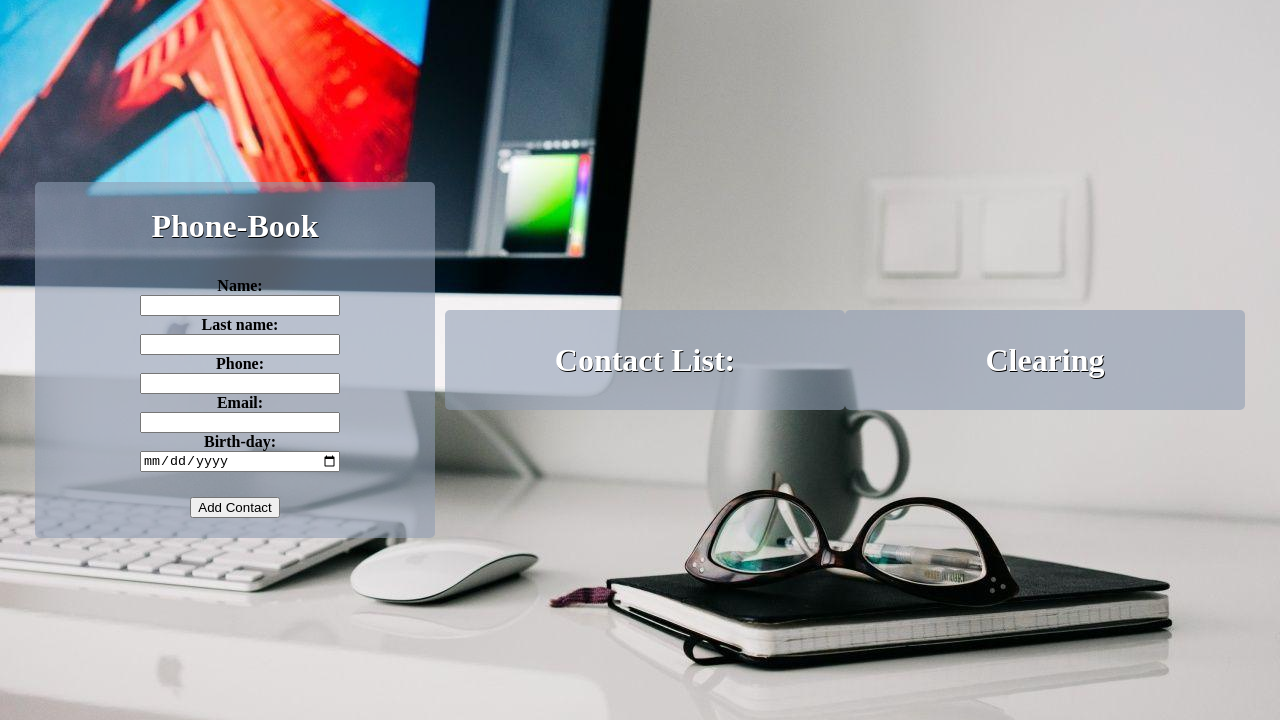
Repository: STA1357/Phone-book
Page: Inner.html
An editor plug-in stored every save of this project. The page is shown before and after the next save, followed by the edit.
The browser window is 1280 px wide. The pictures show the whole page.

Above is the page before, as saved 2020-12-11 11:09:05.

After the next save:
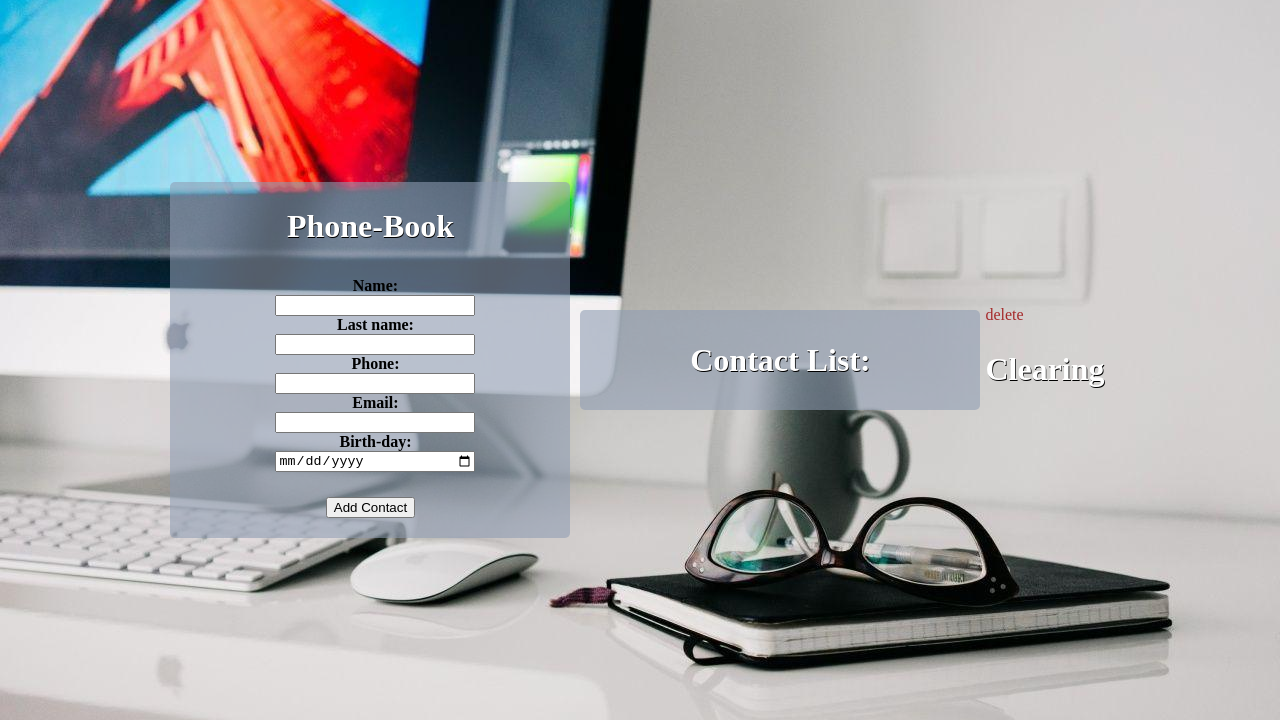
Saved 31 s later.
--- a/Inner.html
+++ b/Inner.html
@@ -40,7 +40,7 @@
     <h2 class="listTitle">Contact List:</h2>
     <ul id="users"></ul>
 </div>
-<div class="list-container">
+<div class="deleteAll">
     <h2 class="listTitle">Clearing</h2>
 </div>
 </body>
